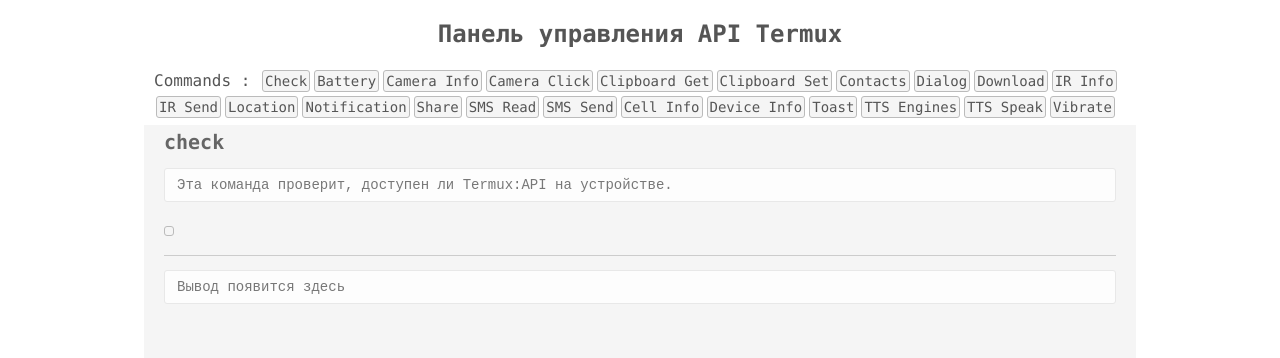
Repository: easy-quest/PHP-Termux-API
Page: http://localhost/api.php
The author's editor kept a copy of each file at every save. The page is drawn from the files as they stood at one save, then again after the next save.
The browser window is 1280 px wide. The pictures show the whole page.
The page is run by PHP 8.4 with error messages shown; the project is at /var/www/html/.

Above is the page before, as saved 2021-12-02 01:34:01.

### api.php
<?php
if(isset($_REQUEST['command']) && isset($_REQUEST['param'])){
  /* Check if Termux:API is available */
  if($_REQUEST['command']=="check"){
    $test = shell_exec('termux-battery-status -h');
    if (substr($test, 0, 5) === 'Usage'){
      die("Termux:API is available");
    }
    else{
      die("Termux:API is not available");
    }
  }

  $command=$_REQUEST['command'];
  $param=$_REQUEST['param'];
  if(!$param==""){
    $response=shell_exec("$command $param");
  }
  else{
    $response=shell_exec("$command");
  }

  echo $response;
  exit();
}
?>
<!DOCTYPE html>
<html>
<head>
<meta name="viewport" content="width=device-width, initial-scale=1.0">
<style>
* {
  box-sizing: border-box;
}
.btn{
  background-color:#f5f5f5;
  display: inline-block;
  color: #555;
  text-align: center;
  border: solid 1px #bbb;
  border-radius:3px;
}
.btn:hover{
  cursor: pointer;
  background-color: #ddd;
}
pre{
  padding:8px 12px;
  overflow-x:scroll;
  border: 1px solid #e8e8e8;
  border-radius:3px;
  background-color:#fdfdfd;
  color:#777;
  font-size:14px
}
code{
  border: 0;
  padding-right: 0;
  padding-left: 0;
}
input{
  font-family:MonoSpace;
  color:#555;
  border:solid 1px #bbb;
  border-radius:4px;
  padding:4px;
  outline:none
}
.commands {
  max-width:992px;
  margin:auto;
  padding-left:10px;
  padding-right:10px;
}
.commands a {
  background-color:#f5f5f5;
  display: inline-block;
  color: #555;
  text-align: center;
  border: solid 1px #bbb;
  border-radius:3px;
  font-size:14px;
  color: #555;
  padding: 2px;
  margin:2px;
  text-decoration: none;
}
.commands a:hover{
  cursor: pointer;
  background-color: #ddd;
}
.execute{
  padding:4px;
  margin-top:10px;
}
.main {
  margin:auto;
  margin-top:5px;
  max-width:992px;
  padding:5px 20px;
  background:#f5f5f5;
  min-height:350px;
}
#photo-link{
  padding:4px;
  margin-top:5px;
  margin-bottom:50px;
  text-decoration:none;
}

@media only screen and (max-width:992px) {
  .commands, .main{
    width:100%;
  }
}
</style>
</head>
<body style="color:#555;font-family:Consolas, MonoSpace;margin:0px;">
  <h2 style="text-align:center">Панель управления API Termux</h2>
  <div class="commands">
    Commands :
    <a onclick="cmd(0)" href=#>Check</a><a onclick="cmd(1)" href=#>Battery</a><a onclick="cmd(2)" href=#>Camera Info</a><a onclick="cmd(3)" href=#>Camera Click</a><a onclick="cmd(4)" href=#>Clipboard Get</a><a onclick="cmd(5)" href=#>Clipboard Set</a><a onclick="cmd(6)" href=#>Contacts</a><a onclick="cmd(7)" href=#>Dialog</a><a onclick="cmd(8)" href=#>Download</a><a onclick="cmd(9)" href=#>IR Info</a><a onclick="cmd(10)" href=#>IR Send</a><a onclick="cmd(11)" href=#>Location</a><a onclick="cmd(12)" href=#>Notification</a><a onclick="cmd(13)" href=#>Share</a><a onclick="cmd(14)" href=#>SMS Read</a><a onclick="cmd(15)" href=#>SMS Send</a><a onclick="cmd(16)" href=#>Cell Info</a><a onclick="cmd(17)" href=#>Device Info</a><a onclick="cmd(18)" href=#>Toast</a><a onclick="cmd(19)" href=#>TTS Engines</a><a onclick="cmd(20)" href=#>TTS Speak</a><a onclick="cmd(21)" href=#>Vibrate</a>
  </div>
  <div class="main">
    <div id="command" style="color:#666;font-weight:bold;font-size:20px"></div>
    <pre style="white-space:pre-wrap;"><code id= "documentation"></code></pre>
    <div>
      <div id="param" style="margin-top:10px">
        <span style="">Enter parameters : </span>
        <input id="paramInput">
      </div>
      <div onclick="execute()" class="execute btn"></div>
    </div>
    <div style="border-top:solid 1px #ccc;width:100%;height:1px;margin:auto;margin-top:15px;margin-bottom:5px;"></div>
    <pre><code id= "response"></code></pre>
  </div>

  <script>
  var api = {
    0:{command:"check",doc:"Эта команда проверит, доступен ли Termux:API на устройстве.",sampleParam:""},
    1:{command:"termux-battery-status",doc:"Usage: termux-battery-status\nGet the status of the device battery.",sampleParam:""},
    2:{command:"termux-camera-info",doc:"Usage: termux-camera-info\nGet information about device camera(s).",sampleParam:""},
    3:{command:"termux-camera-photo",doc:"Usage: termux-camera-photo [-c camera-id] output-file\nTake a photo and save it to a file in JPEG format.\n\n  -c camera-id  ID of the camera to use (see termux-camera-info), default: 0",sampleParam:"-c 0 photo.jpg"},
    4:{command:"termux-clipboard-get",doc:"Usage: termux-clipboard-get\nGet the system clipboard text.",sampleParam:""},
    5:{command:"termux-clipboard-set",doc:"Usage: termux-clipboard-set [text]\nSet the system clipboard text. The text to set is either supplied as arguments or read from stdin if no arguments are given.",sampleParam:"Hello"},
    6:{command:"termux-contact-list",doc:"Usage: termux-contact-list\nList all contacts.",sampleParam:""},
    7:{command:"termux-dialog",doc:"Usage: termux-dialog [-i hint] [-m] [-p] [-t title]\nShow a text entry dialog.\n\n  -i hint   the input hint to show when the input is empty\n  -m        use a textarea with multiple lines instead of a single\n  -p        enter the input as a password\n  -t title  the title to show for the input prompt",sampleParam:"-t Enter Something"},
    8:{command:"termux-download",doc:"Usage: termux-download [-d description] [-t title] url-to-download\nDownload a resource using the system download manager.\n\n  -d description  description for the download request notification\n  -t title        title for the download request notification",sampleParam:"-t Anupam http://g.jpg"},
    9:{command:"termux-infrared-frequencies",doc:"Usage: termux-infrared-frequencies\nQuery the infrared transmitter's supported carrier frequencies.",sampleParam:""},
    10:{command:"termux-infrared-transmit",doc:"Usage: termux-infrared-transmit -f frequency pattern\nTransmit an infrared pattern. The pattern is specified in comma-separated on/off intervals, such as '20,50,20,30'. Only patterns shorter than 2 seconds will be transmitted.\n\n  -f frequency  IR carrier frequency in Hertz",sampleParam:"-f 30000 20,50,20,30"},
    11:{command:"termux-location",doc:"usage: termux-location [-p provider] [-r request]\nGet the device location.\n\n  -p provider  location provider [gps/network/passive] (default: gps)\n  -r request   kind of request to make [once/last/updates] (default: once)",sampleParam:"-p gps -r once"},
    12:{command:"termux-notification",doc:"Usage: termux-notification [-c content] [-i id] [-t title] [-u url]\nDisplay a system notification.\n\n  -c content notification content to show\n  -i id      notification id (will overwrite any previous notification\n               with the same id)\n  -t title   notification title to show\n  -u url     notification url when clicking on it",sampleParam:"-c This is a notification -t Notification"},
    13:{command:"termux-share",doc:"Usage: termux-share [-a action] [-c content-type] [-d] [-t title] [file]\nShare a file specified as argument or the text received on stdin if no file argument is given.\n\n  -a action        which action to performed on the shared content:\n                     edit/send/view (default:view)\n  -c content-type  content-type to use (default: guessed from file extension,\n                     text/plain for stdin)\n  -d               share to the default receiver if one is selected\n                     instead of showing a chooser\n\n  -t title         title to use for shared content (default: shared file name)",sampleParam:"-a view photo.jpg"},
    14:{command:"termux-sms-inbox",doc:"Usage: termux-sms-inbox [-d] [-l limit] [-n] [-o offset]\nList received SMS messages.\n\n  -d         show dates when messages were created\n  -l limit   offset in sms list (default: 10)\n  -n         show phone numbers\n  -o offset  offset in sms list (default: 0)",sampleParam:"-l 10 -n -o 0"},
    15:{command:"termux-sms-send",doc:"Usage: termux-sms-send -n number[,number2,number3,...] [text]\nSend a SMS message to the specified recipient number(s). The text to send is either supplied as arguments or read from stdin if no arguments are given.\n\n  -n number(s)  recipient number(s) - separate multiple numbers by commas",sampleParam:"-n 1234567890 Hello"},
    16:{command:"termux-telephony-cellinfo",doc:"Usage: termux-telephony-cellinfo\nGet information about all observed cell information from all radios on the device including the primary and neighboring cells.",sampleParam:""},
    17:{command:"termux-telephony-deviceinfo",doc:"Usage: termux-telephony-deviceinfo\nGet information about the telephony device.",sampleParam:""},
    18:{command:"termux-toast",doc:"Usage: termux-toast [-s] [text]\nShow text in a Toast (a transient popup). The text to show is either supplied as arguments or read from stdin if no arguments are given.\n\n -s  only show the toast for a short while",sampleParam:"-s This is a toast"},
    19:{command:"termux-tts-engines",doc:"Usage: termux-tts-engines\nGet information about the available text-to-speech (TTS) engines. The name of an engine may be given to the termux-tts-speak command using the -e option.",sampleParam:""},
    20:{command:"termux-tts-speak",doc:"Usage: termux-tts-speak [-e engine] [-l language] [-p pitch] [-r rate] [-s stream] [text-to-speak]\nSpeak text with a system text-to-speech (TTS) engine. The text to speak is either supplied as arguments or read from stdin if no arguments are given.\n\n  -e engine    TTS engine to use (see termux-tts-engines)\n  -l language  language to speak in (may be unsupported by the engine)\n  -p pitch     pitch to use in speech. 1.0 is the normal pitch,\n                 lower values lower the tone of the synthesized voice,\n                 greater values increase it.\n  -r rate      speech rate to use. 1.0 is the normal speech rate,\n                 lower values slow down the speech\n                 (0.5 is half the normal speech rate)\n                 while greater values accelerates it\n                 (2.0 is twice the normal speech rate).\n  -s stream    audio stream to use (default:NOTIFICATION), one of:\n                 ALARM, MUSIC, NOTIFICATION, RING, SYSTEM, VOICE_CALL",sampleParam:"-p 1.3 Hello How are you"},
    21:{command:"termux-vibrate",doc:"Usage: termux-vibrate [-d duration] [-f]\nVibrate the device.\n\n  -d duration  the duration to vibrate in ms (default:1000)\n  -f           force vibration even in silent mode",sampleParam:"-d 500"}
  }

  //default values
  var command = api[0].command;
  var param = "";
  var doc = api[0].doc;
  var msg = "Вывод появится здесь";

  document.getElementById("param").hidden= true;
  document.getElementById("response").innerHTML = msg;
  document.getElementById("command").innerHTML = command;
  document.getElementById("documentation").innerHTML = doc;

/** Function to select command and sampleParam*/
  function cmd(id=0){
    command = api[id].command;
    var doc = api[id].doc;
    var sampleParam = api[id].sampleParam;
    document.getElementById("documentation").innerHTML = doc;
    document.getElementById("command").innerHTML = command;
    document.getElementById("response").innerHTML = msg;
    var photoLink = document.getElementById("photo-link");
    if(photoLink){
      photoLink.parentNode.removeChild(photoLink);
    }
    if(sampleParam==""){
      document.getElementById("param").hidden = true;
      document.getElementById("paramInput").value = "";
    }
    else{
      document.getElementById("param").hidden = false;
      document.getElementById("paramInput").value = sampleParam;
    }
  }

/** Function to send AJAX Request with command and param, then show the response*/
  function execute(){
    param = document.getElementById("paramInput").value;
    var xhttp = new XMLHttpRequest();
    xhttp.onreadystatechange = function() {
      if(this.readyState == 1){
        document.getElementById("response").innerHTML = "server connection established";
      }
      if(this.readyState == 2){
        document.getElementById("response").innerHTML = "request received";
      }
      if(this.readyState == 3){
        document.getElementById("response").innerHTML = "processing request";
      }
      if (this.readyState == 4 && this.status == 200) {
        document.getElementById("response").innerHTML = this.responseText;
        if(command=="termux-camera-photo"){
          var name = param.substring(5);
          var l = document.createElement("a");
          var text = document.createTextNode("View Image");
          l.appendChild(text);
          l.setAttribute("href",name);
          l.setAttribute("target","_blank");
          l.setAttribute("id","photo-link");
          l.setAttribute("class","btn");
          document.getElementById("response").parentElement.parentElement.appendChild(l);
        }
      }
    };
    xhttp.open("POST", "<?php echo basename(__FILE__);?>", true);
    xhttp.setRequestHeader("Content-type", "application/x-www-form-urlencoded");
    xhttp.send("command=" + command + "&param=" + param);
  }
  </script>
</body>
</html>

After the next save:
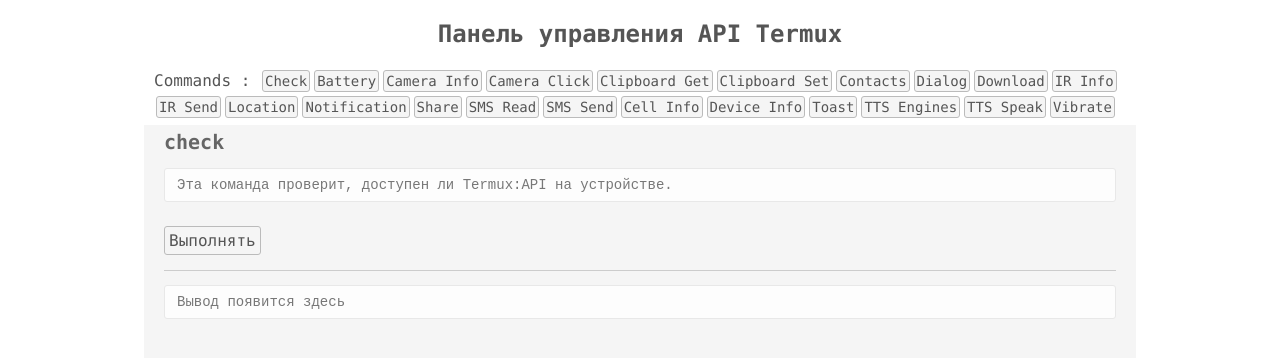
Saved 23 s later.
--- a/api.php
+++ b/api.php
@@ -129,7 +129,7 @@
         <span style="">Enter parameters : </span>
         <input id="paramInput">
       </div>
-      <div onclick="execute()" class="execute btn"></div>
+      <div onclick="execute()" class="execute btn">Выполнять</div>
     </div>
     <div style="border-top:solid 1px #ccc;width:100%;height:1px;margin:auto;margin-top:15px;margin-bottom:5px;"></div>
     <pre><code id= "response"></code></pre>
